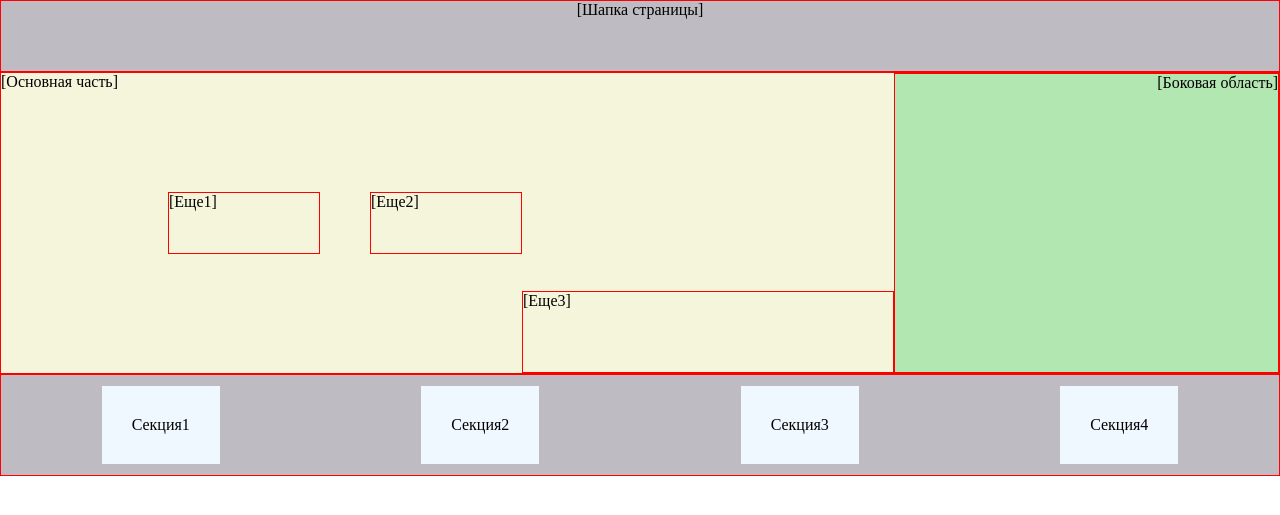
Repository: IrinaGetmanenko/week5
Page: week5/index.html
The author's editor kept a copy of each file at every save. The page is drawn from the files as they stood at one save, then again after the next save.
The browser window is 1280 px wide. The pictures show the whole page.

Above is the page before, as saved 2022-08-28 20:22:10.

After the next save:
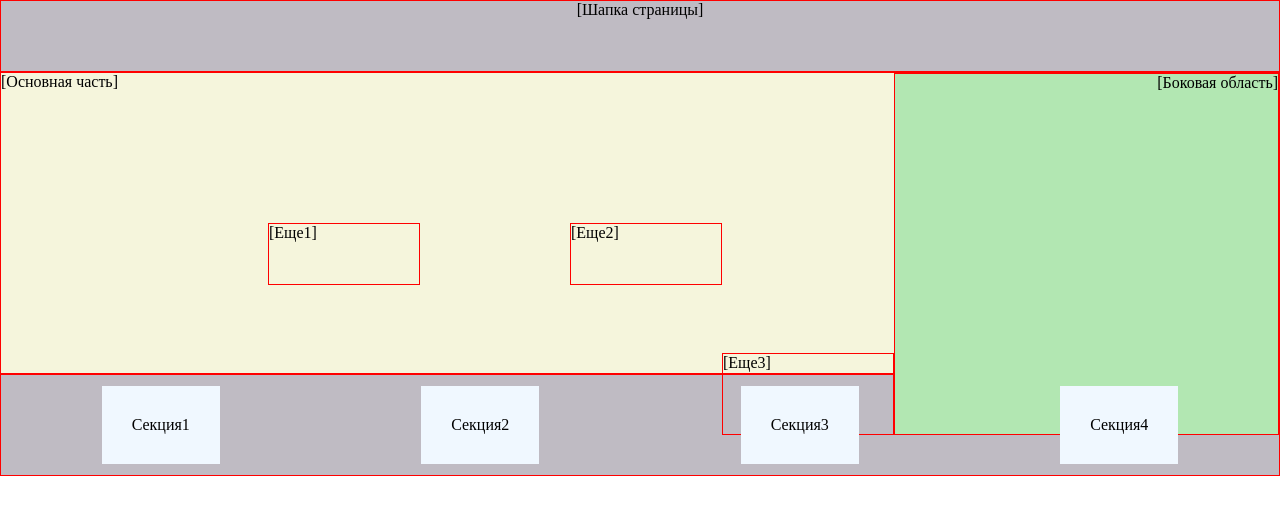
Saved 10 s later.
--- a/week5/index.html
+++ b/week5/index.html
@@ -37,7 +37,7 @@
         align-self: center;
         height: 20%;
         width:  150px;
-        margin: 50px;
+        margin: 150px;
 
     }
     .section2{
